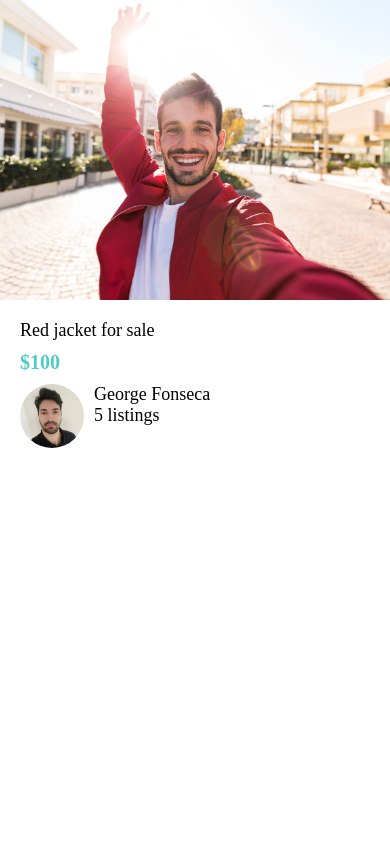
Repository: georgehgfonseca/F05-Trena-Native
Screen: /
These files come from the project's save history. The screen is drawn as it stood at one moment and after the next save; the edit follows.
The app was drawn by React Native's web renderer in a window 390 px wide. The project was rebuilt for these pictures with package versions that can differ from the ones it lists, and the page was loaded fresh each time.

Above is the screen before, as saved 2022-10-13 17:26:58.

### App.tsx
import { View } from "react-native";
import Card from "./app/components/Card";
import { ListingDetailsScreen } from "./app/screens/ListingDetailsScreen";
import WelcomeScreen from "./app/screens/WelcomeScreen";

export default function App() {
  return <ListingDetailsScreen></ListingDetailsScreen>;
}

// <View style={{ backgroundColor: "#f8f4f4", padding: 20, paddingTop: 100 }}>
//   <Card
//     title="Red jacket for sale"
//     subTitle="$100"
//     image={require("./app/assets/jacket.jpg")}
//   ></Card>
// </View>
// import {
//   StyleSheet,
//   Text,
//   View,
//   Image,
//   ImageBackground,
//   SafeAreaView,
//   TouchableHighlight,
//   Button,
//   Alert,
//   Platform,
//   StatusBar,
//   Dimensions,
// } from "react-native";
// import {
//   useDimensions,
//   useDeviceOrientation,
// } from "@react-native-community/hooks";
// import { MaterialCommunityIcons } from "@expo/vector-icons";

// <View style={{ flex: 1, justifyContent: "center", alignItems: "center" }}>
//   </View>
{
  /* <AppButton text="LOGIN" color={colors.primary}></AppButton>
      <AppButton text="REGISTER" color={colors.secondary}></AppButton> */
}
{
  /* <AppText>I love React Native!</AppText> */
}
{
  /* <MaterialCommunityIcons
        size={60}
        color="dodgerblue"
        name="email"
      ></MaterialCommunityIcons> */
}
{
  /* <View
        style={{
          backgroundColor: "dodgerblue",
          width: 100,
          height: 100,
          padding: 20,
          paddingHorizontal: 10,
          paddingLeft: 30,
          // borderWidth: 10,
          // borderRadius: 50,
          // borderColor: "royalblue",
          // elevation: 20,
        }}
      >
        <View style={{ backgroundColor: "gold", width: 50, height: 50 }}></View>
      </View>
      <View
        style={{
          backgroundColor: "tomato",
          width: 100,
          height: 100,
          margin: 20,
        }}
      ></View> */
}

### app/screens/ListingDetailsScreen.tsx
import React from "react";
import { Image, View, StyleSheet } from "react-native";

import AppText from "../components/AppText";
import ListItem from "../components/ListItem";
import colors from "../config/colors";

export function ListingDetailsScreen(props: any) {
  return (
    <View>
      <Image
        style={styles.image}
        source={require("../assets/jacket.jpg")}
      ></Image>
      <View style={styles.detailsContainer}>
        <AppText style={styles.title}>Red jacket for sale</AppText>
        <AppText style={styles.price}>$100</AppText>
        <ListItem
          image={require("../assets/george.jpeg")}
          title="George Fonseca"
          subTitle="5 listings"
        ></ListItem>
      </View>
    </View>
  );
}

const styles = StyleSheet.create({
  detailsContainer: {
    padding: 20,
  },
  image: {
    width: "100%",
    height: 300,
  },
  price: {
    color: colors.secondary,
    fontWeight: "bold",
    fontSize: 20,
    marginVertical: 10,
  },
  title: {
    font: 24,
    fontWeight: "500",
  },
});

### app/components/AppText.tsx
import React from "react";
import { Text, StyleSheet, Platform } from "react-native";

function AppText({ children, style }: any) {
  return <Text style={[styles.text, style]}>{children}</Text>;
}

const styles = StyleSheet.create({
  text: {
    fontSize: 18,
    fontFamily: Platform.OS === "android" ? "Roboto" : "Avenir",
  },
});

export default AppText;

### app/components/ListItem.tsx
import React from "react";
import { View, StyleSheet, Image, ImageSourcePropType } from "react-native";
import AppText from "./AppText";

interface ListItemProps {
  title: string;
  subTitle: string;
  image: ImageSourcePropType;
}
function ListItem({ title, subTitle, image }: ListItemProps) {
  return (
    <View style={styles.container}>
      <Image style={styles.image} source={image}></Image>
      <View>
        <AppText style={styles.title}>{title}</AppText>
        <AppText>{subTitle}</AppText>
      </View>
    </View>
  );
}

const styles = StyleSheet.create({
  container: {
    flexDirection: "row",
  },
  image: {
    width: 64,
    height: 64,
    borderRadius: 32,
    marginRight: 10,
  },
  title: {
    fontWeight: "500",
  },
});

export default ListItem;

### app/config/colors.ts
export default {
    primary: "#fc5c65",
    secondary: "#4ecdc4",
    black: "#000",
    white: "#fff",
    gray: "#6e6969"
}

After the next save:
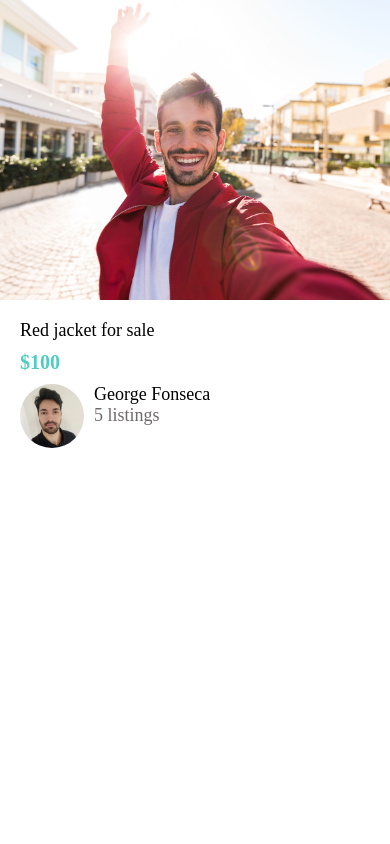
Saved 9 s later.
--- a/app/components/ListItem.tsx
+++ b/app/components/ListItem.tsx
@@ -1,5 +1,6 @@
 import React from "react";
 import { View, StyleSheet, Image, ImageSourcePropType } from "react-native";
+import colors from "../config/colors";
 import AppText from "./AppText";
 
 interface ListItemProps {
@@ -13,7 +14,7 @@ function ListItem({ title, subTitle, image }: ListItemProps) {
       <Image style={styles.image} source={image}></Image>
       <View>
         <AppText style={styles.title}>{title}</AppText>
-        <AppText>{subTitle}</AppText>
+        <AppText style={styles.subTitle}>{subTitle}</AppText>
       </View>
     </View>
   );
@@ -29,6 +30,9 @@ const styles = StyleSheet.create({
     borderRadius: 32,
     marginRight: 10,
   },
+  subTitle: {
+    color: colors.gray,
+  },
   title: {
     fontWeight: "500",
   },
